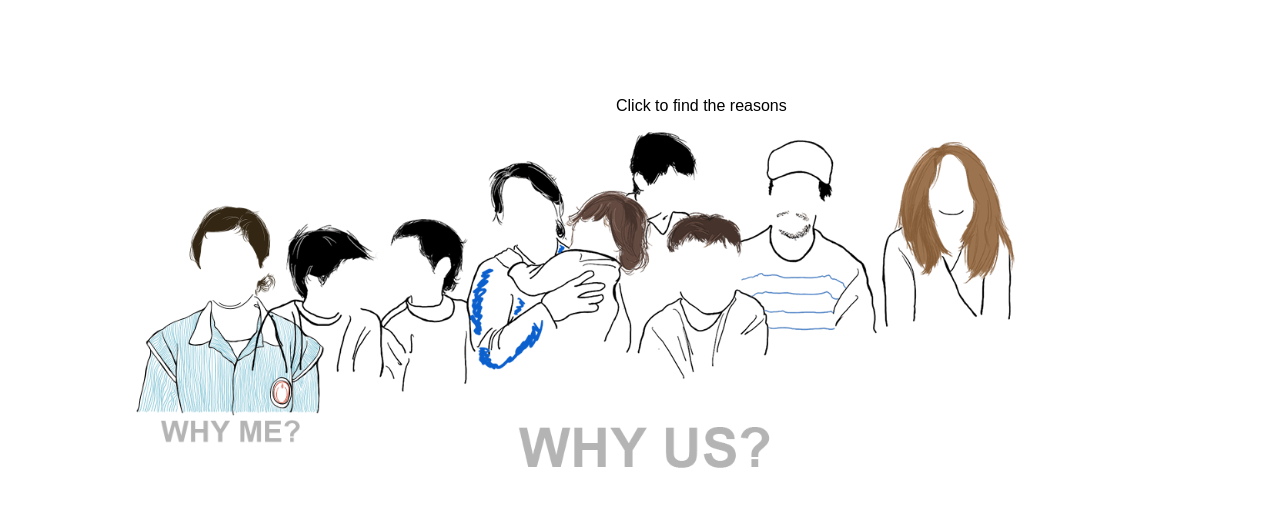
Repository: Lettie123/webpr4
Page: 04.html
The author's editor kept a copy of each file at every save. The page is drawn from the files as they stood at one save, then again after the next save.
The browser window is 1280 px wide. The pictures show the whole page.
The pointer rests on the first visible `#r02`.

Above is the page before, as saved 2020-11-24 00:15:23.

After the next save:
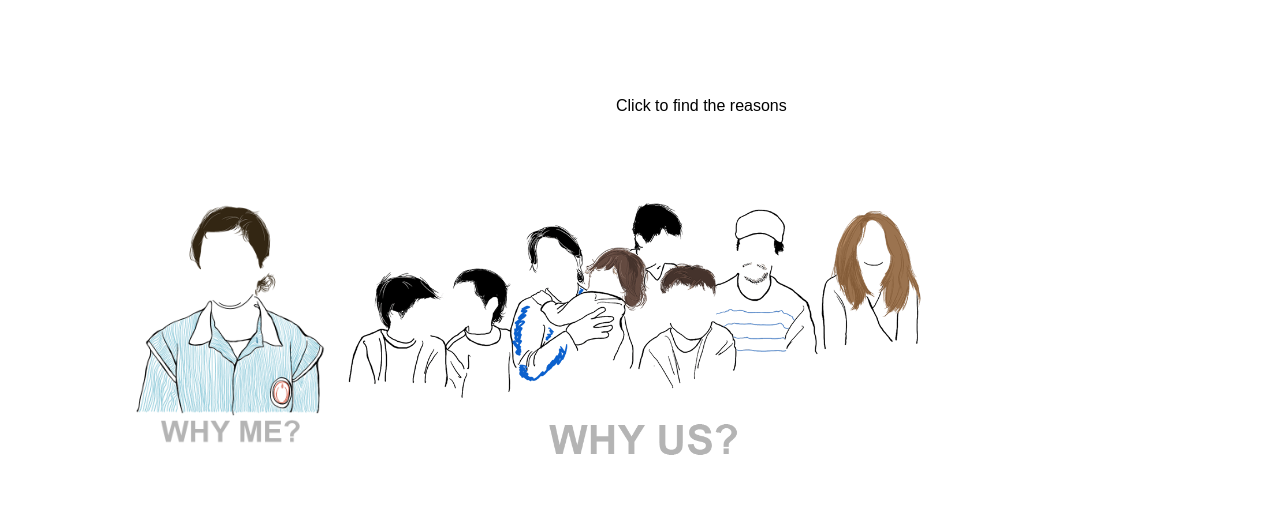
Saved 14 s later.
--- a/style05.css
+++ b/style05.css
@@ -27,8 +27,8 @@ body {
     color: #B4B4B4;
 }
 #r02:hover {
-    width: 800px;
-    height: 800px;
+    width: 600px;
+    height: 600px;
 }
 #txt{
     height:300px;
